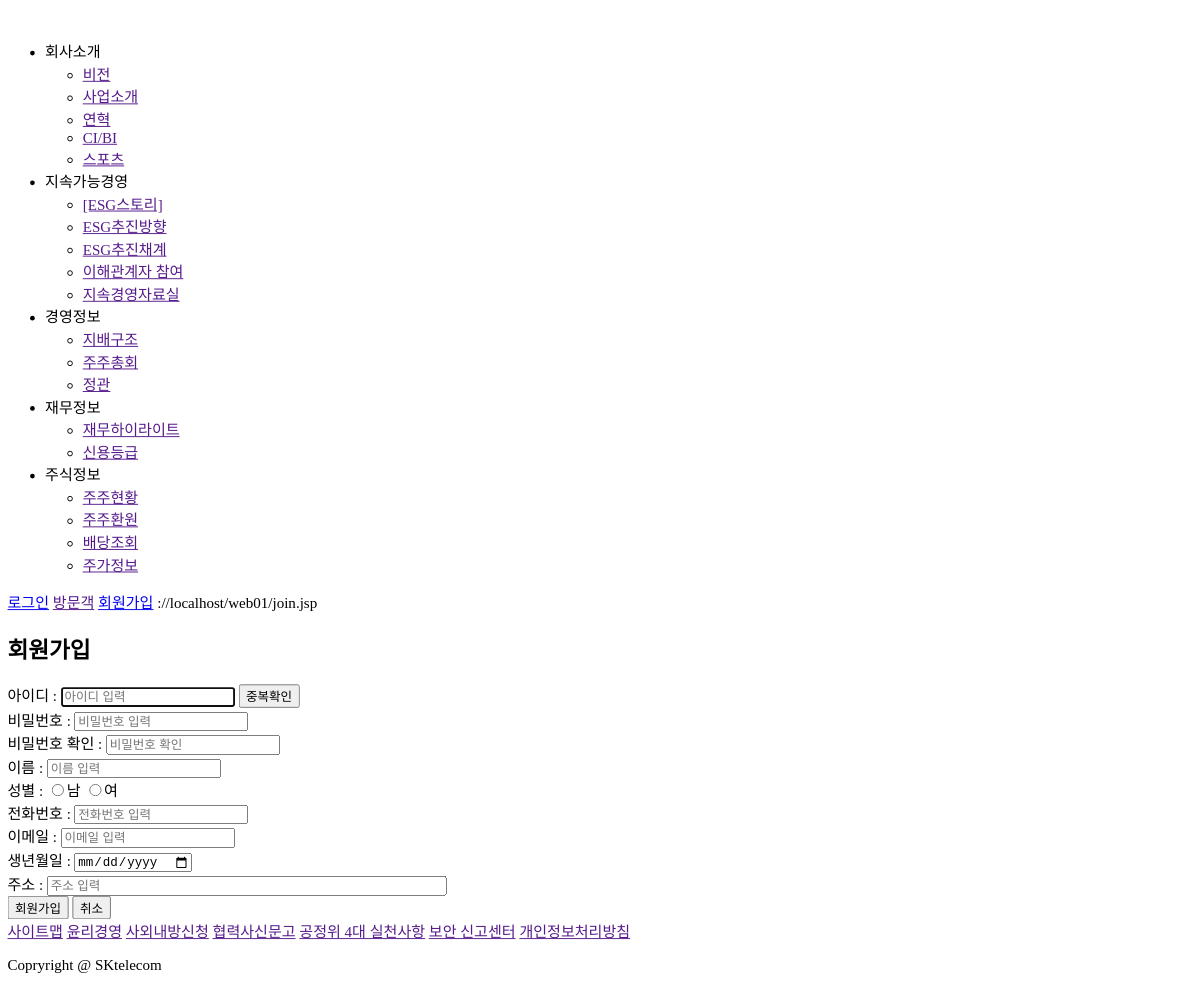
Repository: star-min/jsp_basic
Page: http://localhost/web01/join.jsp
These files come from the project's save history. The page is drawn as it stood at one moment and after the next save; the edit follows.
The browser window is 1280 px wide. The pictures show the whole page, at 94% of full size.
The page is served by Tomcat 9.

Above is the page before, as saved 2022-04-28 08:27:38.

After the next save:
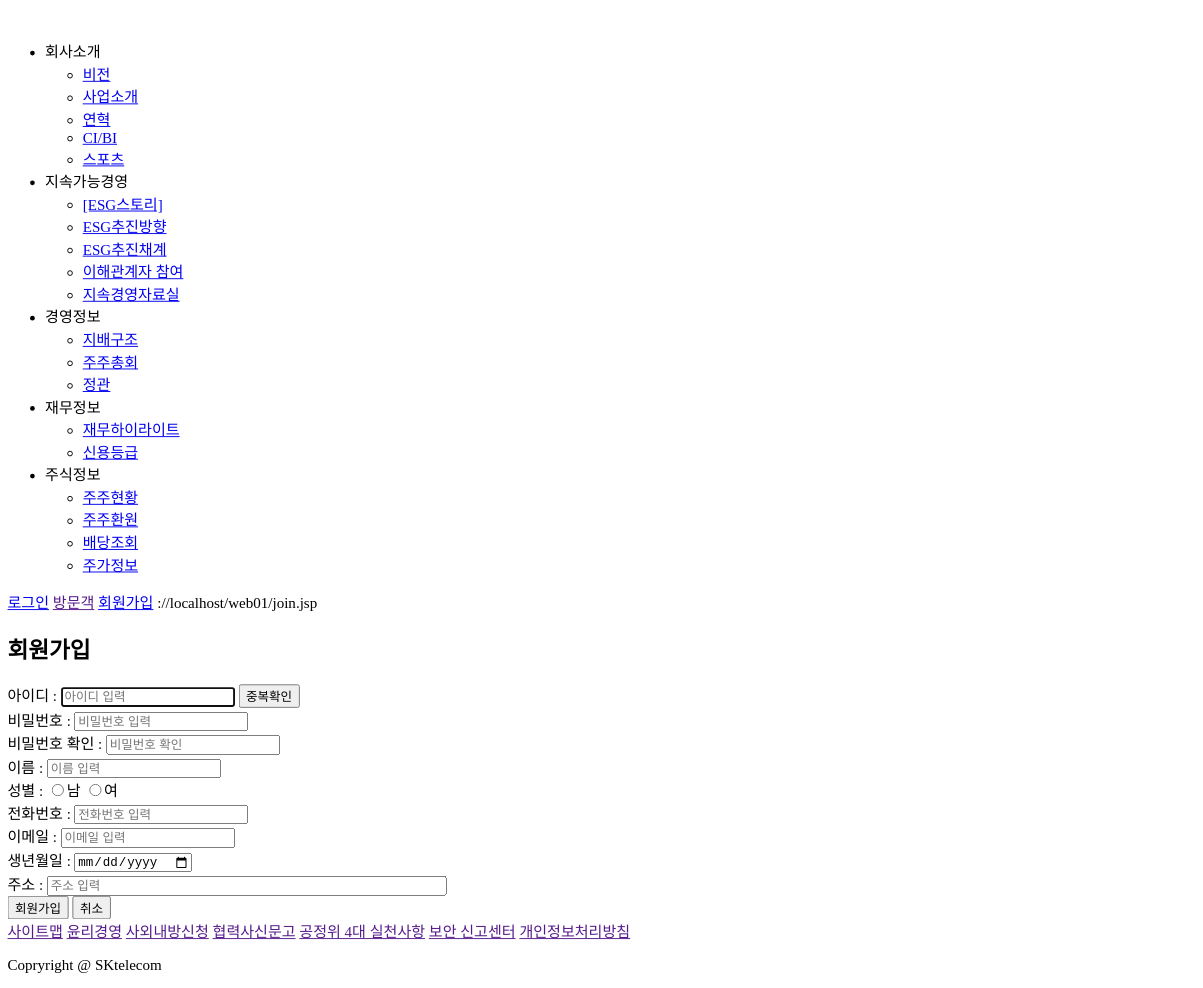
Saved 66 s later.
--- a/jsp1/web01/src/main/webapp/nav.jsp
+++ b/jsp1/web01/src/main/webapp/nav.jsp
@@ -24,7 +24,7 @@
 			<span class="dp1"><%=dp1[i]%></span>
 			<ul class="sub">
 			<% for(int j=0;j<dp2[i].length;j++){ %>
-				<li><a class="dp2" href=""><%= dp2[i][j] %></a></li>
+				<li><a class="dp2" href="<%=lnk[i][j] %>"><%= dp2[i][j] %></a></li>
 			<%} %>
 			</ul>
 		</li>
